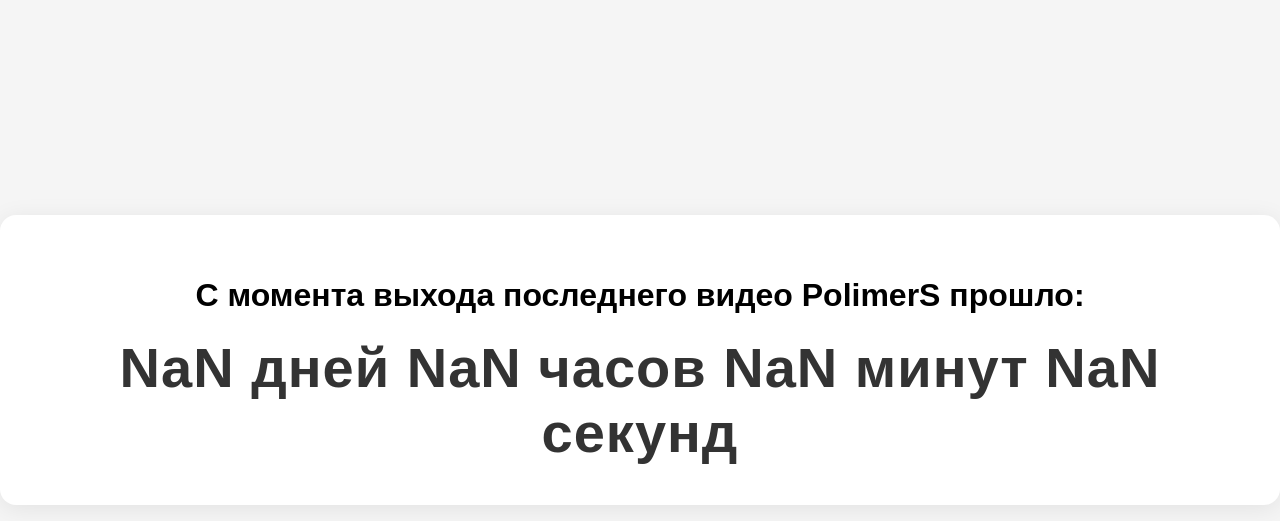
Repository: oncube-dev/OnCube-dev_website
Page: timer_from_Poli_video/app/templates/index.html
These files come from the project's save history. The page is drawn as it stood at one moment and after the next save; the edit follows.
The browser window is 1280 px wide. The pictures show the whole page.

Above is the page before, as saved 2025-07-18 01:12:28.

### timer_from_Poli_video/app/templates/index.html
<!DOCTYPE html>
<html lang="ru">
<head>
    <meta charset="UTF-8">
    <title>Платон, когда видео?</title>
    <link rel="stylesheet" href="/static/style.css">
</head>
<body>
    <div class="timer-container">
        <h1>С момента выхода последнего видео PolimerS прошло:</h1>
        <div id="timer">Загрузка...</div>
    </div>
    <script>
        // Получаем стартовую дату из шаблона
        const startDate = new Date("{{ start_date }}");
        function updateTimer() {
            const now = new Date();
            let diff = now - startDate;
            if (diff < 0) diff = 0;
            let seconds = Math.floor(diff / 1000);
            const days = Math.floor(seconds / (24 * 3600));
            seconds %= 24 * 3600;
            const hours = Math.floor(seconds / 3600);
            seconds %= 3600;
            const minutes = Math.floor(seconds / 60);
            seconds %= 60;
            document.getElementById('timer').textContent = `${days} дней ${hours} часов ${minutes} минут ${seconds} секунд`;
        }
        setInterval(updateTimer, 1000);
        updateTimer();
    </script>
</body>
</html>

### timer_from_Poli_video/app/static/style.css
body {
    background: #f5f5f5;
    font-family: Arial, sans-serif;
    margin: 0;
    padding: 0;
    height: 100vh;
    display: flex;
    align-items: center;
    justify-content: center;
}

.timer-container {
    background: #fff;
    padding: 40px 60px;
    border-radius: 16px;
    box-shadow: 0 4px 24px rgba(0,0,0,0.08);
    text-align: center;
}

.timer-container h1 {
    font-size: 2rem;
    font-weight: bold;
}

#timer {
    font-size: 3.5rem;
    font-weight: bold;
    margin-top: 8px;
    color: #333;
    letter-spacing: 1px;
}

After the next save:
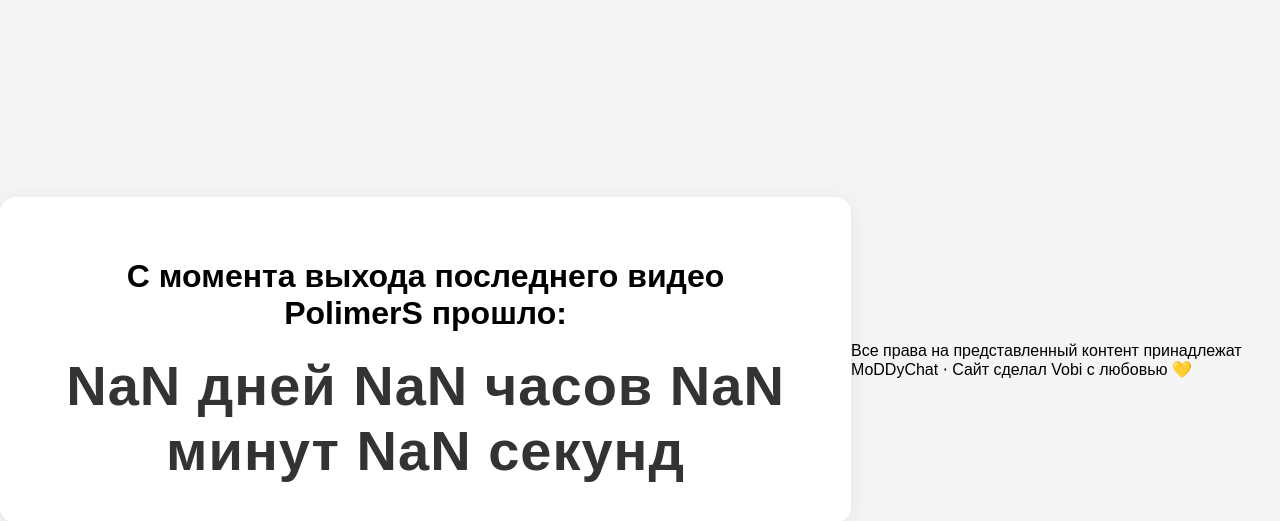
Saved 2 min 1 s later.
--- a/timer_from_Poli_video/app/templates/index.html
+++ b/timer_from_Poli_video/app/templates/index.html
@@ -10,6 +10,9 @@
         <h1>С момента выхода последнего видео PolimerS прошло:</h1>
         <div id="timer">Загрузка...</div>
     </div>
+    <footer class="footer-note">
+        Все права на представленный контент принадлежат MoDDyChat ⋅ Сайт сделал Vobi с любовью 💛
+    </footer>
     <script>
         // Получаем стартовую дату из шаблона
         const startDate = new Date("{{ start_date }}");
